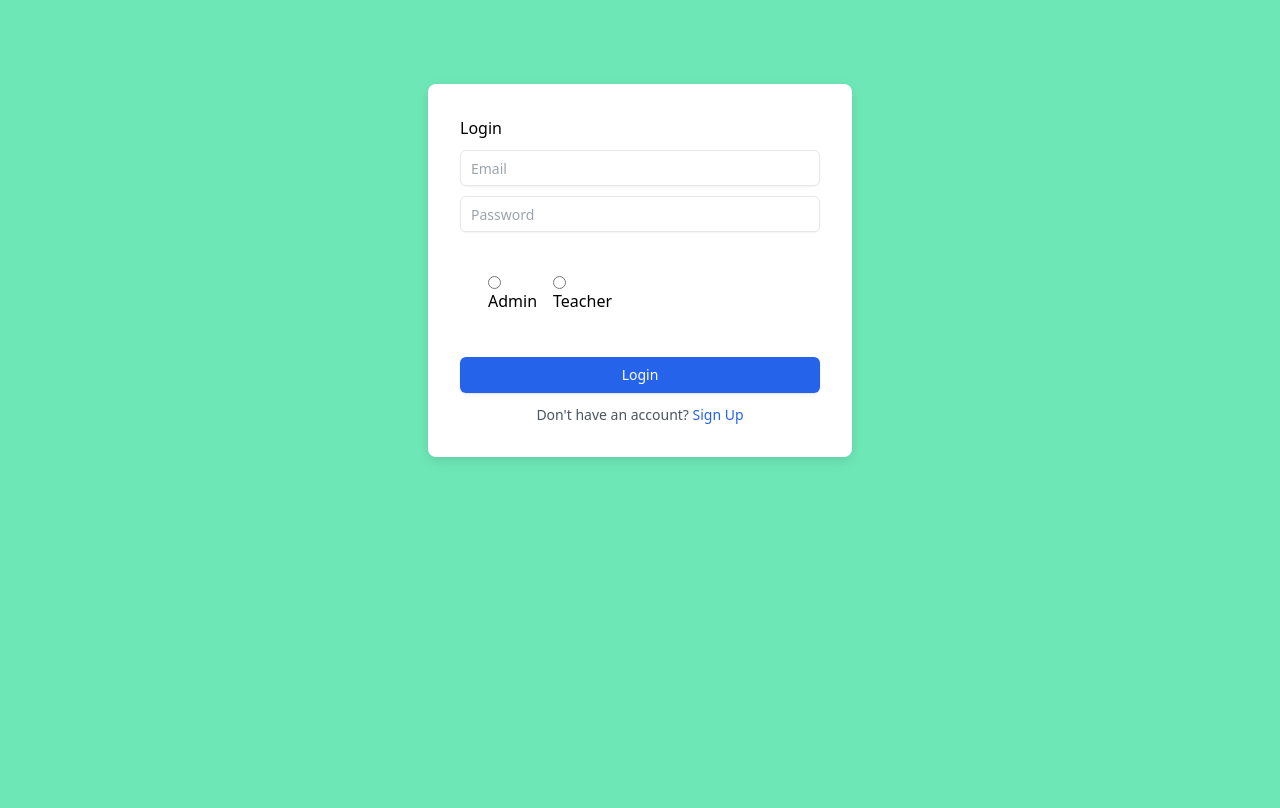
Repository: Haseeb467/Faculty-Online-data
Page: /
The author's editor kept a copy of each file at every save. The page is drawn from the files as they stood at one save, then again after the next save.
The browser window is 1280 px wide. The pictures show the whole page.
The project was rebuilt for these pictures with package versions that can differ from the ones it lists, and the page was loaded fresh each time. Also part of the build but not shown: vite.config.ts, src/Components/Sidebar.tsx, src/Admin/EditTeacher/EditTeacher.tsx, src/Pages/mainPage/MainPageItems.tsx, src/Components/Loader.css, src/Components/Hourglass.tsx, src/Components/NavBar.tsx, src/Components/AdminLayout.tsx and 12 more.

Above is the page before, as saved 2024-12-29 15:02:28.

After the next save:
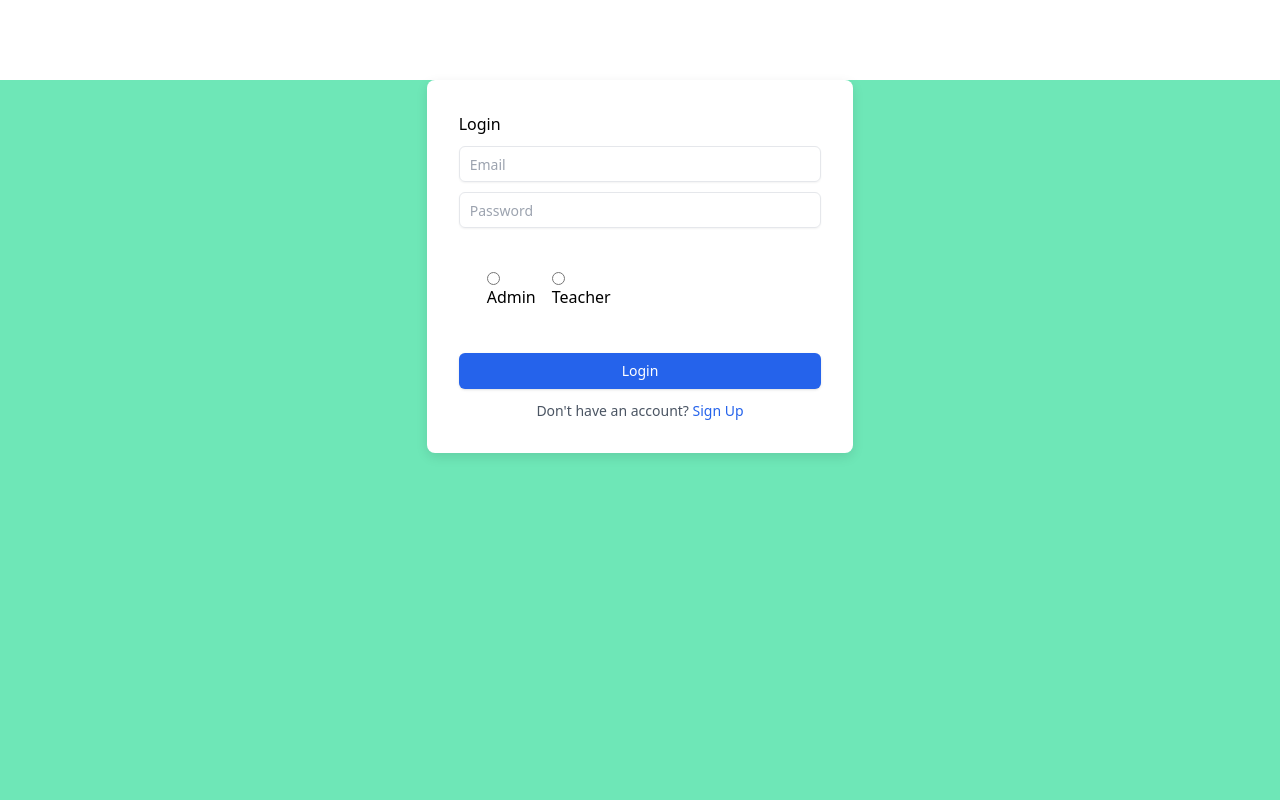
Saved 7 s later.
--- a/src/App.tsx
+++ b/src/App.tsx
@@ -21,7 +21,7 @@
 
 function App() {
   return (
-    <div className='bg-emerald-300 p-1' >
+    <div className='bg-emerald-300 ' >
       <ToastContainer />
       <AuthProvider >
         <Routes>

After the 3 saves that followed:
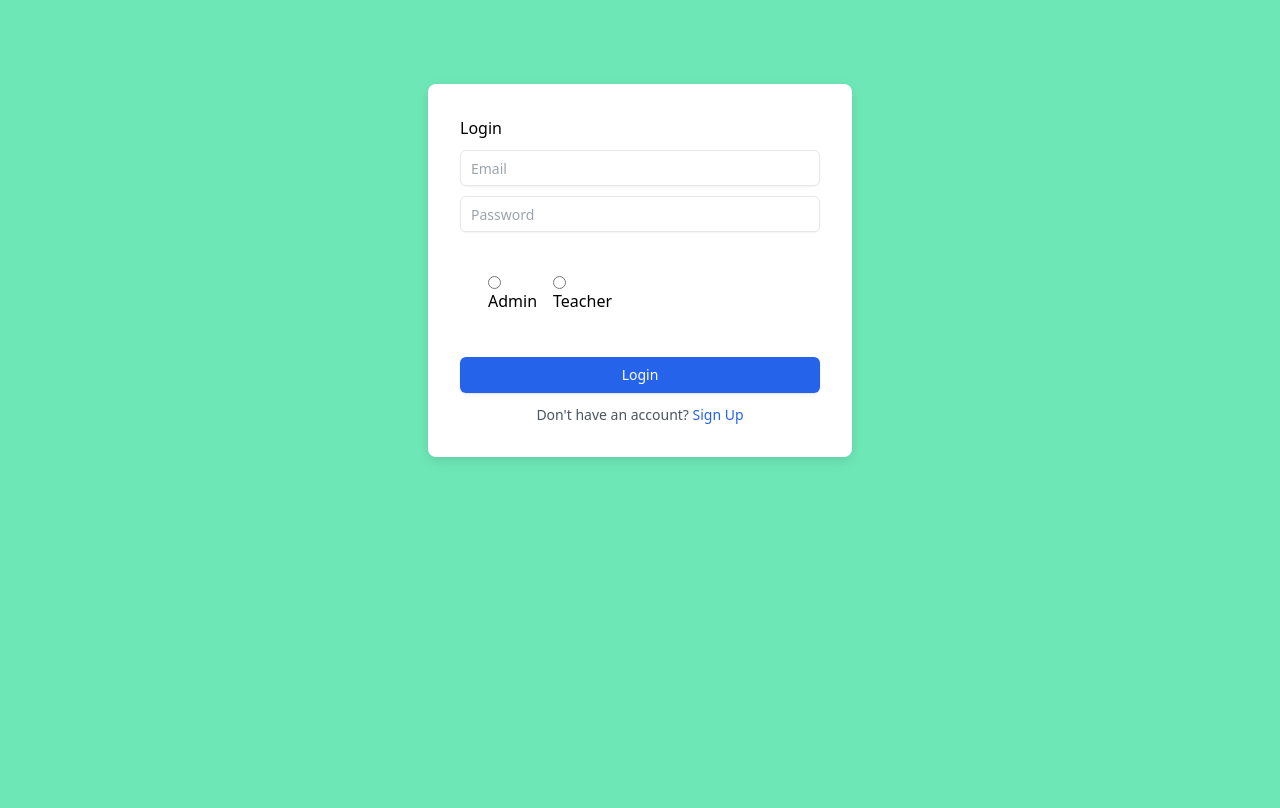
The 3 saves are shown as one change because 1 left the picture as it was and some came seconds apart.
The last was saved 26 s later.
--- a/src/App.tsx
+++ b/src/App.tsx
@@ -21,7 +21,7 @@
 
 function App() {
   return (
-    <div className='bg-emerald-300 ' >
+    <div className='bg-emerald-300 p-1' >
       <ToastContainer />
       <AuthProvider >
         <Routes>
